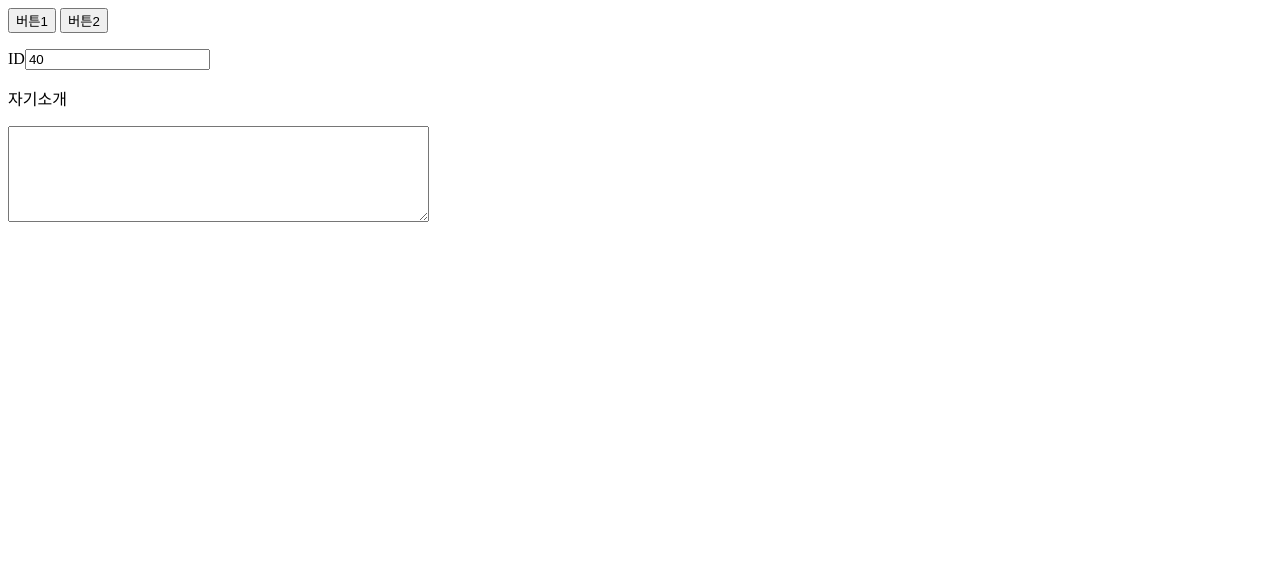
Repository: wjsjsn/23_webstudy
Page: 03_javascript/src/main/webapp/day02/Ex11_event.html
The author's editor kept a copy of each file at every save. The page is drawn from the files as they stood at one save, then again after the next save.
The browser window is 1280 px wide. The pictures show the whole page.

Above is the page before, as saved 2023-06-28 04:03:12.

### 03_javascript/src/main/webapp/day02/Ex11_event.html
<!DOCTYPE html>
<html>
<head>
<meta charset="UTF-8">
<title>이벤트</title>
</head>
<body>
<button onclick="test1()">버튼1</button>
<button onclick="test2()">버튼2</button>
<form action="#">
	<p><label for="uid">ID</label><input type="text" id="uid" name="uid" value="40"></p>
	<p><label for="s_info">자기소개</label></p>
	<textarea rows="6" cols="50" id="s_info" name="s_info"></textarea>
</form>
</body>
</html>

After the next save:
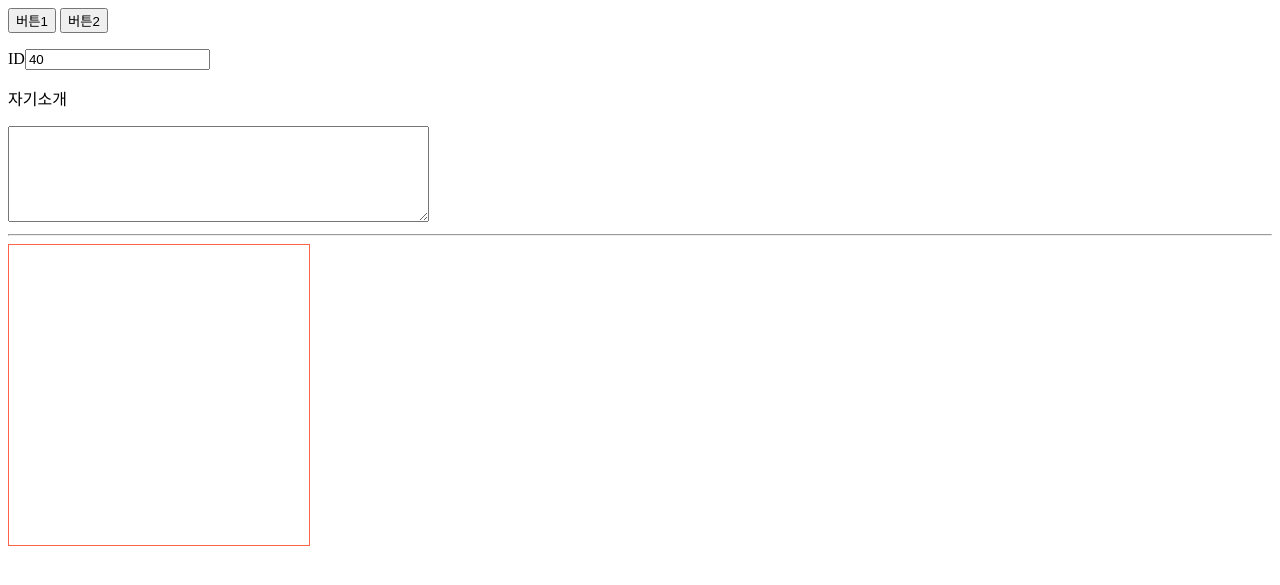
Saved 96 s later.
--- a/03_javascript/src/main/webapp/day02/Ex11_event.html
+++ b/03_javascript/src/main/webapp/day02/Ex11_event.html
@@ -3,6 +3,13 @@
 <head>
 <meta charset="UTF-8">
 <title>이벤트</title>
+<style type="text/css">
+	#mybox{
+		width: 300px;
+		height: 300px;
+		border: 1px solid tomato;
+	}
+</style>
 </head>
 <body>
 <button onclick="test1()">버튼1</button>
@@ -12,5 +19,7 @@
 	<p><label for="s_info">자기소개</label></p>
 	<textarea rows="6" cols="50" id="s_info" name="s_info"></textarea>
 </form>
+<hr>
+<div id="mybox"></div>
 </body>
 </html>
